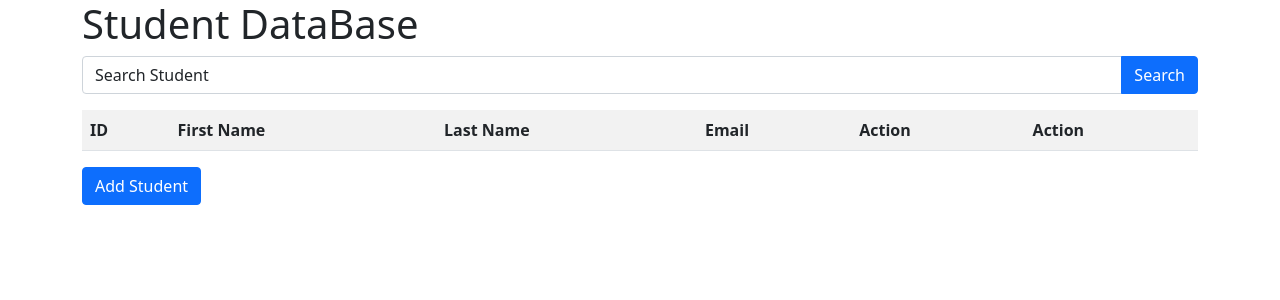
Repository: Siddhant1401/Aurionpro-J2EE
Page: http://localhost/08-STUDENT-MVC/StudentController
These files come from the project's save history. The page is drawn as it stood at one moment and after the next save; the edit follows.
The browser window is 1280 px wide. The pictures show the whole page.
The page is served by Tomcat 9. Other server files are loaded and not shown. Queries for data that is not in the repository find no rows.

Above is the page before, as saved 2023-10-18 07:24:07.

### 08-STUDENT-MVC/WebContent/student.jsp
<%@ page language="java" contentType="text/html; charset=ISO-8859-1"
	pageEncoding="ISO-8859-1"%>
<%@ taglib uri="http://java.sun.com/jsp/jstl/core" prefix="c"%>
<!DOCTYPE html PUBLIC "-//W3C//DTD HTML 4.01 Transitional//EN" "http://www.w3.org/TR/html4/loose.dtd">
<html>
<head>
<meta http-equiv="Content-Type" content="text/html; charset=ISO-8859-1">
<title>Insert title here</title>
<link
	href="https://cdn.jsdelivr.net/npm/bootstrap@5.0.2/dist/css/bootstrap.min.css"
	rel="stylesheet"
	integrity="sha384-EVSTQN3/azprG1Anm3QDgpJLIm9Nao0Yz1ztcQTwFspd3yD65VohhpuuCOmLASjC"
	crossorigin="anonymous">
<script
	src="https://cdn.jsdelivr.net/npm/bootstrap@5.0.2/dist/js/bootstrap.bundle.min.js"
	integrity="sha384-MrcW6ZMFYlzcLA8Nl+NtUVF0sA7MsXsP1UyJoMp4YLEuNSfAP+JcXn/tWtIaxVXM"
	crossorigin="anonymous"></script>
</head>

<body>
	<div class="container">
		<h1>Student DataBase</h1>
		<!-- --Seach Form -->
		<form action="StudentController" method="get">
			<div class="input-group mb-3">
				<select class="form-control" name="search">
					<option value " ">Search Student</option>
					<option value="searchid">ID</option>
					<option value="searchFirstName">First Name</option>
					<option value="searchlastName">Last Name</option>
					<option value="searchEmail">Email</option>
				</select>
					<button class="btn btn-primary" type="submit">Search</button>

			</div>
			<input type="hidden" name="action" value="search">


		</form>
		<table class="table table-striped table-hover">
			<tr>
				<th>ID</th>
				<th>First Name</th>
				<th>Last Name</th>
				<th>Email</th>
				<th>Action</th>
				<th>Action</th>
			</tr>
			<c:forEach var="Student" items="${allStud}">

				<c:url var="updateLink" value="StudentController">
					<c:param name="action" value="update" />
					<c:param name="id" value="${Student.id}" />
				</c:url>

				<c:url var="deleteLink" value="StudentController">
					<c:param name="action" value="delete" />
					<c:param name="id" value="${Student.id}" />
				</c:url>




				<tr>
					<td>${Student.id}</td>
					<td>${Student.firstName}</td>
					<td>${Student.lastName}</td>
					<td>${Student.email}</td>
					<td><a href="${updateLink}" class="btn btn-warning">Update</a></td>
					<td><a href="${deleteLink}" class="btn btn-danger">Delete</a></td>
				</tr>
			</c:forEach>


		</table>

		<a href="add-Student.jsp" class="btn btn-primary">Add Student</a>
	</div>


</body>

</html>

### 08-STUDENT-MVC/src/com/aurionpro/controller/StudentController.java
package com.aurionpro.controller;

import java.io.IOException;
import java.sql.SQLException;
import java.util.ArrayList;
import java.util.List;

import javax.annotation.Resource;
import javax.servlet.RequestDispatcher;
import javax.servlet.ServletException;
import javax.servlet.annotation.WebServlet;
import javax.servlet.http.HttpServlet;
import javax.servlet.http.HttpServletRequest;
import javax.servlet.http.HttpServletResponse;
import javax.sql.DataSource;

import com.aurionpro.jdbc.StudentDbUtil;
import com.aurionpro.model.Student;

/**
 * Servlet implementation class StudentController
 */
@WebServlet("/StudentController")
public class StudentController extends HttpServlet {

	@Resource(name = "jdbc/student-source")
	private DataSource dataSource;

	private StudentDbUtil dbUtil;

	@Override
	public void init() throws ServletException {
		super.init();
		dbUtil = new StudentDbUtil(dataSource);
	}

	private static final long serialVersionUID = 1L;

	public StudentController() {
		super();
	}

	protected void doGet(HttpServletRequest request, HttpServletResponse response)
			throws ServletException, IOException {
		String command = request.getParameter("action");
		if (command == null) {
			command = "list";
		}
		switch (command) {
		case "list":
			try {
				listStudent(request, response);
			} catch (SQLException e) {
				// TODO Auto-generated catch block
				e.printStackTrace();
			}
			break;
		case "add":
			try {
				addStudent(request, response);
			} catch (SQLException e) {
				// TODO Auto-generated catch block
				e.printStackTrace();
			}
			// System.out.println("add");
			break;

		case "update":
			try {
				getStudentForUpdate(request, response);
			} catch (SQLException e1) {
				// TODO Auto-generated catch block
				e1.printStackTrace();
			}
			break;

		case "update-save":
			try {
				updateStudent(request, response);
			} catch (SQLException e1) {
				// TODO Auto-generated catch block
				e1.printStackTrace();
			}
			break;
		case "delete":
			try {
				deleteStudent(request, response);
			} catch (SQLException e1) {
				e1.printStackTrace();
			}
			break;
		case "search":
			try {
				searchStudent(request, response);
				listStudent(request, response);
			} catch (SQLException e1) {
				e1.printStackTrace();
			}
			break;

		default:
			try {
				listStudent(request, response);
			} catch (SQLException e) {
				e.printStackTrace();
			}
		}
	}

	private void searchStudent(HttpServletRequest request, HttpServletResponse response)
			throws SQLException, ServletException, IOException {
		String searchOperation = request.getParameter("search");
		String searchValue = request.getParameter("searchValue");

		List<Student> studentList = new ArrayList<>();
		if (searchOperation != null && !searchValue.isEmpty()) {
			switch (searchOperation) {
			case "id":
				int id = Integer.parseInt(searchValue);
				Student student = dbUtil.getStudentById(id);
				if (student != null) {
					studentList.add(student);
				}
				break;
			case "firstName":
				studentList = dbUtil.searchStudentByFirstName(searchValue);
				break;
			case "lastName":
				studentList = dbUtil.searchStudentByLastName(searchValue);
				break;
			case "email":
				studentList = dbUtil.searchStudentByEmail(searchValue);
				break;
			default:
				break;
			}
		}else {
			studentList = dbUtil.getAllStudents();
		}
		RequestDispatcher disRequestDispatcher = request.getRequestDispatcher("/student.jsp");
		request.setAttribute("allStud", studentList);
		disRequestDispatcher.forward(request, response);

	}

	private void deleteStudent(HttpServletRequest request, HttpServletResponse response)
			throws ServletException, IOException, SQLException {
		int id = Integer.parseInt(request.getParameter("id"));
		dbUtil.deleteStudent(id);
		System.out.println(id);
		listStudent(request, response);
	}

	private void updateStudent(HttpServletRequest request, HttpServletResponse response)
			throws SQLException, ServletException, IOException {
		int id = Integer.parseInt(request.getParameter("id"));
		String fName = request.getParameter("first_name");
		String lName = request.getParameter("last_name");
		String email = request.getParameter("email");

		Student newStudent = new Student(id, fName, lName, email);
		dbUtil.updateStudent(newStudent);
		listStudent(request, response);

	}

	private void getStudentForUpdate(HttpServletRequest request, HttpServletResponse response)
			throws SQLException, ServletException, IOException {
		int id = Integer.parseInt(request.getParameter("id"));
		Student student = dbUtil.getStudentById(id);
		System.out.println(student);
		request.setAttribute("student", student);
		RequestDispatcher requestDispatcher = request.getRequestDispatcher("/update-student.jsp");
		requestDispatcher.forward(request, response);
	}

	private void addStudent(HttpServletRequest request, HttpServletResponse response)
			throws SQLException, ServletException, IOException {
		String fName = request.getParameter("first_name");
		String lName = request.getParameter("last_name");
		String email = request.getParameter("email");

		Student newStudent = new Student(fName, lName, email);
		dbUtil.addNewStudent(newStudent);

		listStudent(request, response);
		// System.out.println(newStudent);

	}

	private void listStudent(HttpServletRequest request, HttpServletResponse response)
			throws ServletException, IOException, SQLException {
		List<Student> studentList = dbUtil.getAllStudents();
		RequestDispatcher dispatcher = request.getRequestDispatcher("/student.jsp");
		request.setAttribute("allStud", studentList);
		dispatcher.forward(request, response);
	}

}

After the next save:
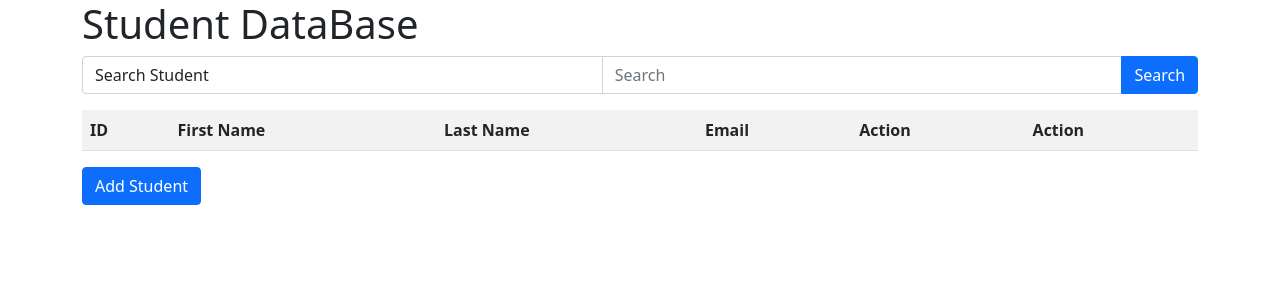
Saved 99 s later.
--- a/08-STUDENT-MVC/WebContent/student.jsp
+++ b/08-STUDENT-MVC/WebContent/student.jsp
@@ -30,6 +30,8 @@
 					<option value="searchlastName">Last Name</option>
 					<option value="searchEmail">Email</option>
 				</select>
+				<input type="text" class="form-control" id="searchValue"
+					placeholder="Search" name="searchValue">
 					<button class="btn btn-primary" type="submit">Search</button>
 
 			</div>
